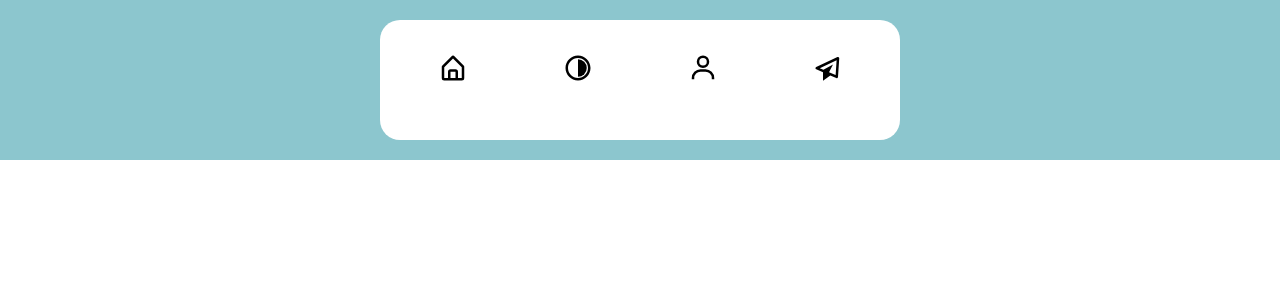
Repository: lethinh2003/pokemon_reactjs
Page: /
The author's editor kept a copy of each file at every save. The page is drawn from the files as they stood at one save, then again after the next save.
The browser window is 1280 px wide. The pictures show the whole page.
The page's requests for data from a server got no answer. The project was rebuilt for these pictures with package versions that can differ from the ones it lists, and the page was loaded fresh each time. A package was used in the major version that the imports need, not the one package.json lists. No one was signed in, and anything a server would have sent is missing. Also part of the build but not shown: src/App.css, src/view/Pokemon.scss, src/styles/pokemonDetail.scss, src/view/PokemonDetail.jsx.

Above is the page before, as saved 2021-11-28 12:35:06.

### public/index.html
<!DOCTYPE html>
<html lang="en">
  <head>
    <meta charset="utf-8" />
    <link rel="icon" href="%PUBLIC_URL%/favicon.ico" />
    <meta name="viewport" content="width=device-width, initial-scale=1" />
    <meta name="theme-color" content="#000000" />
    <meta
      name="description"
      content="Web site created using create-react-app"
    />
    <link rel="apple-touch-icon" href="%PUBLIC_URL%/logo192.png" />


    <!--
      manifest.json provides metadata used when your web app is installed on a
      user's mobile device or desktop. See https://developers.google.com/web/fundamentals/web-app-manifest/
    -->
    <link rel="manifest" href="%PUBLIC_URL%/manifest.json" />
    <!--
      Notice the use of %PUBLIC_URL% in the tags above.
      It will be replaced with the URL of the `public` folder during the build.
      Only files inside the `public` folder can be referenced from the HTML.

      Unlike "/favicon.ico" or "favicon.ico", "%PUBLIC_URL%/favicon.ico" will
      work correctly both with client-side routing and a non-root public URL.
      Learn how to configure a non-root public URL by running `npm run build`.
    -->
    <title>React App</title>
  </head>
  <body>
    <noscript>You need to enable JavaScript to run this app.</noscript>
    <div id="root"></div>
    <!--
      This HTML file is a template.
      If you open it directly in the browser, you will see an empty page.

      You can add webfonts, meta tags, or analytics to this file.
      The build step will place the bundled scripts into the <body> tag.

      To begin the development, run `npm start` or `yarn start`.
      To create a production bundle, use `npm run build` or `yarn build`.
    -->
  </body>
</html>

### src/App.js
import logo from './logo.svg';
import './App.css';
import './styles/body.scss';
import Pokemon from './view/Pokemon';
import PokemonDetail from './view/PokemonDetail';
import Nav from './view/Nav';
import {
  BrowserRouter as Router,
  Switch,
  Route,
  Link
} from "react-router-dom";


function App() {
  return (
    <>

        <div className="container">

        <Router>
            <Nav />

        <Switch>
          <Route path="/" exact>
            <Pokemon />
          </Route>

          <Route path="/detail/:id" exact>
          <PokemonDetail />

          </Route>
          <Route path="/">

          </Route>
        </Switch>
        </Router>

        </div>
    </>
  );
}

export default App;

### src/styles/body.scss
.container {
  background-color: rgba(29, 143, 158, 0.507);
  display: flex;
  justify-content: center;
  align-items: center;
  flex-direction: column;
}

.card-body {
  display: flex;
  gap: 20px;
  justify-content: center;
  flex-wrap: wrap;
  position: relative;
}

@media (max-width: 735px) {
  .card-body {
  }
}
.card-item {
  width: 260px;
  height: 350px;
  background-color: rgb(75, 72, 72);
  border-radius: 20px;
  margin-left: 20px;
  position: relative;
  box-shadow: 2px 2px 8px 2px #5e5353;
  background-image: linear-gradient(45deg, #d90e0e, #2016dfcf);
  cursor: url(https://emoji.gg/assets/emoji/6419_great_pokeball.png), auto;

  &:nth-child(2n + 1) {
    background-image: linear-gradient(90deg, #d90e0e, #2016dfcf);
  }
  &:hover {
    border: 2px solid #f3ff16;
    box-shadow: 2px 2px 5px 5px #4a4343;
    transition: all 0.25s linear;
  }

  &__body {
    align-items: center;
    position: absolute;
    background-color: #fff;
    width: 230px;
    height: 325px;
    left: 50%;
    top: 50%;
    transform: translate(-50%, -50%);
    display: flex;
    flex-direction: column;
  }
  &__img {
    height: 255px;
    border-bottom: 2px solid black;
    width: 100%;
    & img {
      width: 100%;
      height: 100%;
      object-fit: contain;
    }
  }
  &__info {
    height: 50px;
    display: flex;
    flex-direction: column;
    align-items: center;
  }
  &__name {
    color: black;
    font-weight: bold;
    text-transform: capitalize;
  }
  &__type {
    font-size: 15px;
    color: white;
    gap: 10px;
    text-transform: capitalize;
    display: flex;
    justify-content: center;
    align-items: center;
  }
  & .type-btn {
    width: 67px;
    height: 16px;
    display: flex;
    justify-content: center;
    align-items: center;
  }
}

.detail {
  background-color: #c5ee0d;
  cursor: pointer;
  color: rgb(66, 46, 46);
  padding: 2px;
  font-weight: bold;
  border-radius: 5px;
}
.pokemon-search {
  margin: 20px;
  color: black;
}
.pokemon-more {
  position: absolute;
  bottom: 0;

  left: 50%;
  transform: translateX(-50%);
  margin: 20px 0;
  background-image: linear-gradient(
    to right,
    rgb(65, 56, 195),
    rgb(46, 6, 226)
  );
  display: flex;
  justify-content: center;
  align-items: center;
  width: 200px;
  height: 50px;
  border-radius: 10px;
  cursor: pointer;
}

### src/view/Pokemon.jsx
import axios from 'axios';
import useFetch from '../custom/useFetch';
import './Pokemon.scss';
import { useState, useEffect, useImperativeHandle } from 'react';
import PokemonDetail from './PokemonDetail';
import 'aos/dist/aos.css';
import {Link} from "react-router-dom";
import Aos from 'aos';
const  Pokemon = () => {
    let { data, isLoading } =  useFetch(`https://pokeapi.co/api/v2/pokemon?limit=100`);
    let currentData =  data.results;

    useEffect(() => {
        Aos.init({
            offset: 80,
            duration: 400,
            easing: 'ease-in-sine',
            delay: 50,
        });

      }, []);

    return(
        <>

        {isLoading === true &&

            <div class="lds-ellipsis"><div></div><div></div><div></div><div></div></div>


            }
            <div className="card-body">

        {isLoading === false && currentData && currentData.length > 0 && currentData.map((item, index) => {
            return(
                <div className="card-item" data-aos="fade-up">
        <div className="card-item__body">
        <div className="card-item__img"><img alt="pokemon" src={`https://img.pokemondb.net/artwork/large/${item.name}.jpg`}/></div>
        <div className="card-item__info">
        <div className="card-item__name">{item.name}</div>
        <div className="card-item__type">
        <Link to={"/detail/" + parseInt(index+1)}><div className="type-btn detail"><span className="desc-type">Detail</span></div></Link>



            {/* <div className="type-btn gass"><span className="desc-type">Gass</span></div>
            <div className="type-btn gass"><span className="desc-type">Gass</span></div> */}



        </div>
        </div>
        </div>

        </div>

            )


        })}

        </div>

        </>


    )


}
export default Pokemon;

### src/view/Nav.jsx
import '../styles/nav.scss';
import { BiHomeAlt, BiAdjust, BiUser, BiPaperPlane } from "react-icons/bi";
import {
    BrowserRouter as Router,
    Switch,
    Route,
    Link
  } from "react-router-dom";
const Nav = () => {
    return(
        <>
        <div className="navigation">
            <Link to="/">
            <div className="home">
                <BiHomeAlt />
                <span className="desc-icon">Home</span>
            </div>
            </Link>
            <div className="home">
                <BiAdjust />
                <span className="desc-icon">Display</span>
            </div>
            <div className="home">
                <BiUser />
                <span className="desc-icon">Me</span>
            </div>
            <div className="home">
                <BiPaperPlane />
                <span className="desc-icon">Contact</span>
            </div>
        </div>
        </>
    )

}
export default Nav;

### src/custom/useFetch.js
import { useEffect, useState } from "react";
import axios from "axios";
const useFetch = (url) => {
    const [data, setData] = useState([]);
    const [isLoading, setIsLoading] = useState(true);

    useEffect(() => {
        const ourRequest = axios.CancelToken.source() // <-- 1st step

            async function fetchData() {
                try {
                let res = await axios.get(url, {
                    cancelToken: ourRequest.token, // <-- 2nd step
                  })
                let data = (res && res.data) ? res.data : [];
                if (data && data.length > 0) {
                    data.map(item => {

                        return item;
                    })

                }
                setData(data);
                setIsLoading(false);
            }
            catch (err) {
                if (axios.isCancel(err)) {
                    console.log('Request canceled', err.message);
                } else {
                    // handle error
                    setIsLoading(false);
                  }
            }



        }
        fetchData();
        return () => {
            ourRequest.cancel('This is message error!') // <-- 3rd step
          }

    }
    , []);

    return {
        data, isLoading
    }

}

export default useFetch;

### src/styles/nav.scss
.navigation {
  background-color: white;
  height: 100px;
  width: 500px;
  border-radius: 20px;
  margin: 20px;
  padding: 10px;
  display: flex;
  align-items: center;
  justify-content: space-around;

  & .home {
    display: flex;
    justify-content: center;
    align-items: center;
    width: 100px;
    flex-direction: column;
    height: 100px;
    font-size: 30px;
    border-radius: 10px;
    cursor: pointer;

    &:hover svg {
      color: rgb(78, 68, 219);
      transform: translateY(-10px);
      transition: all 0.25s;
    }
    & .desc-icon {
      font-size: 20px;
      color: rgb(78, 68, 219);
      opacity: 0;
      visibility: hidden;
      transition: all 0.25s;
    }
    &:hover .desc-icon {
      opacity: 1;
      visibility: visible;
    }
  }
}
.active {
  border-bottom: 2px solid blue;
  background-color: #e7e7e7;
}
a {
  text-decoration: none;
  color: black;
}
@media (max-width: 735px) {
  .navigation {
    width: 300px;
    padding: 5px;

    & .home {
      width: 50px;

      font-size: 20px;
    }
    & .desc-icon {
      font-size: 15px;
    }
  }
}

Loaded but not shown: src/index.js (common file); src/index.css (common file); src/reportWebVitals.js (common file)

After the next save:
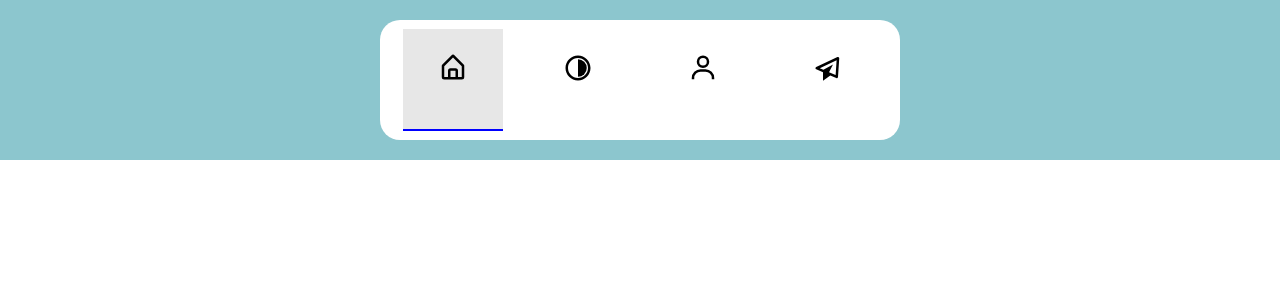
Saved 88 s later.
--- a/src/view/Nav.jsx
+++ b/src/view/Nav.jsx
@@ -4,18 +4,18 @@ import {
     BrowserRouter as Router,
     Switch,
     Route,
-    Link
+    Link, NavLink
   } from "react-router-dom";
 const Nav = () => {
     return(
         <>
         <div className="navigation">
-            <Link to="/">
+            <NavLink to="/" activeClassName="active">
             <div className="home">
                 <BiHomeAlt />
                 <span className="desc-icon">Home</span>
             </div>
-            </Link>
+            </NavLink>
             <div className="home">
                 <BiAdjust />
                 <span className="desc-icon">Display</span>
